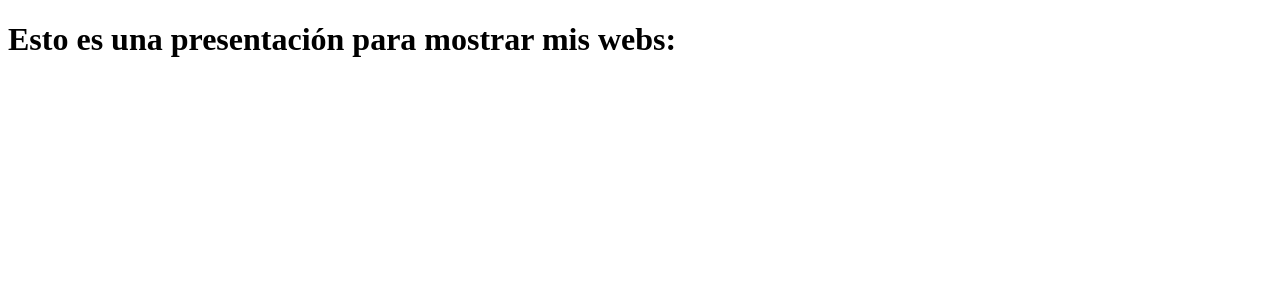
Repository: andresolivaalegre/BabelCamp
Page: Ej_4_Server/Ejercicio04/src/main/webapp/index.html
The author's editor kept a copy of each file at every save. The page is drawn from the files as they stood at one save, then again after the next save.
The browser window is 1280 px wide. The pictures show the whole page.

Above is the page before, as saved 2022-03-09 12:33:32.

### Ej_4_Server/Ejercicio04/src/main/webapp/index.html
<!DOCTYPE html>
<html>
<head>
<meta charset="ISO-8859-1">
<title>Insert title here</title>
</head>
<body>
<h1>Esto es una presentación para mostrar mis webs:</h1>



</body>
</html>

After the next save:
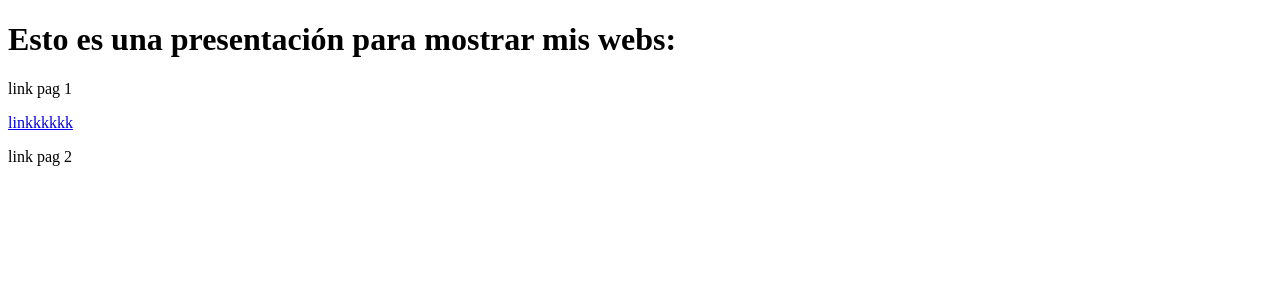
Saved 10 min 4 s later.
--- a/Ej_4_Server/Ejercicio04/src/main/webapp/index.html
+++ b/Ej_4_Server/Ejercicio04/src/main/webapp/index.html
@@ -7,7 +7,9 @@
 <body>
 <h1>Esto es una presentación para mostrar mis webs:</h1>
 
-
+<p>link pag 1</p>
+<a href="Ej_2_HTML\mipagina.html">linkkkkkk</a>
+<p>link pag 2</p>
 
 </body>
 </html>
